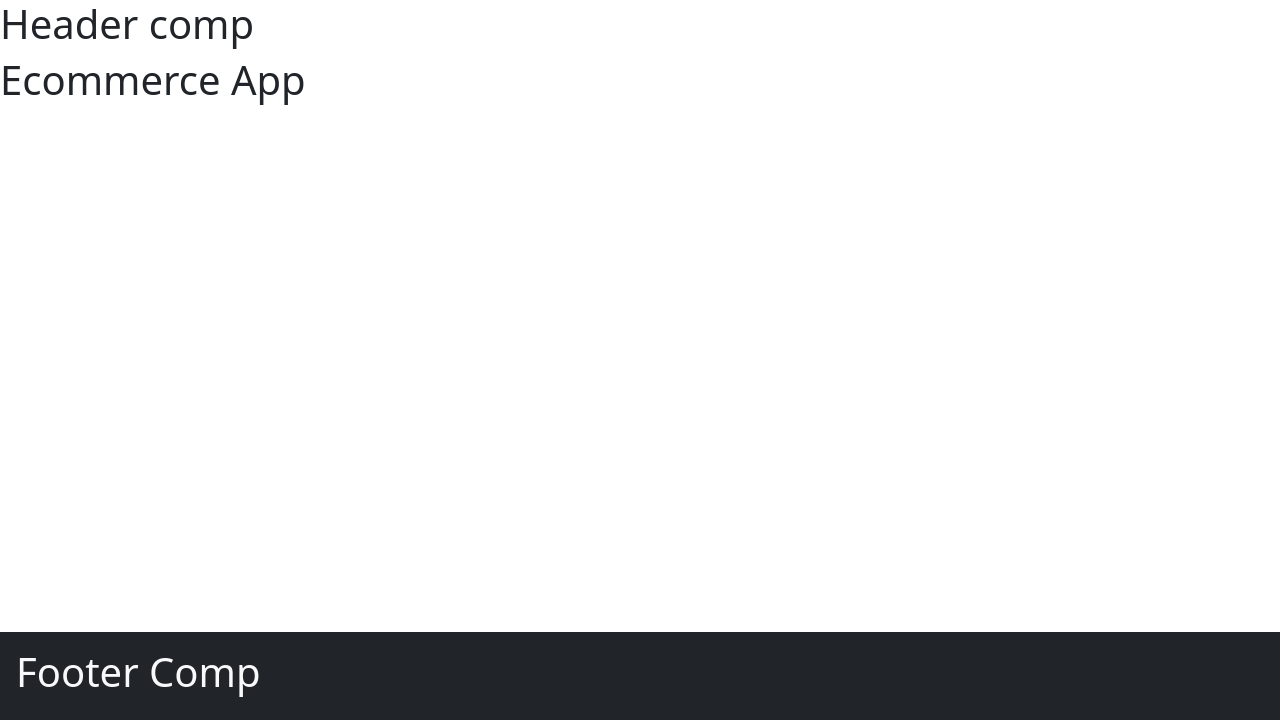
Repository: Abhi2359/SaleXpress
Page: / (app in client/)
These files come from the project's save history. The page is drawn as it stood at one moment and after the next save; the edit follows.
The browser window is 1280 px wide. The pictures show the whole page.
The project was rebuilt for these pictures with package versions that can differ from the ones it lists, and the page was loaded fresh each time. Also part of the build but not shown: client/vite.config.js, client/src/App.css.

Above is the page before, as saved 2023-05-08 18:21:19.

### client/index.html
<!DOCTYPE html>
<html lang="en">
  <head>
    <meta charset="UTF-8" />
    <link href="https://cdn.jsdelivr.net/npm/bootstrap@5.3.0-alpha3/dist/css/bootstrap.min.css" rel="stylesheet" integrity="sha384-KK94CHFLLe+nY2dmCWGMq91rCGa5gtU4mk92HdvYe+M/SXH301p5ILy+dN9+nJOZ" crossorigin="anonymous">
    <meta name="viewport" content="width=device-width, initial-scale=1.0" />
    <title>SaleXpress</title>
  </head>
  <body>
    <div id="root"></div>
    <script src="https://cdn.jsdelivr.net/npm/bootstrap@5.3.0-alpha3/dist/js/bootstrap.bundle.min.js" integrity="sha384-ENjdO4Dr2bkBIFxQpeoTz1HIcje39Wm4jDKdf19U8gI4ddQ3GYNS7NTKfAdVQSZe" crossorigin="anonymous"></script>
    <script type="module" src="/src/main.jsx"></script>
  </body>
</html>

### client/src/App.jsx
import { useState } from 'react'


import './App.css'
import Layout from './components/Layout/Layout'
function App() {

  return (
    <>
    <Layout>

     <h1>Ecommerce App</h1>
    </Layout>
    </>
  )
}

export default App

### client/src/index.css

@import url('https://fonts.googleapis.com/css2?family=Heebo:wght@600&family=Kumbh+Sans:wght@800&family=Playfair+Display:wght@700&family=Poppins:ital,wght@0,300;0,400;0,500;1,300;1,600&display=swap');


*{
    margin: 0;
    padding: 0;
    box-sizing: border-box;
}

/* font-family: 'Poppins', sans-serif; */
/* font-family: 'Playfair Display', serif; */

### client/src/components/Layout/Layout.jsx
import React from 'react'
import Header from './Header'
import Footer from './Footer'

const Layout = ({children}) => {
  return (
    <div>
        <Header/>
        <main style={{minHeight:"80vh"}}>

        {children}
        </main>
        <Footer/>
    </div>
  )
}

export default Layout

### client/src/components/Layout/Header.jsx
import React from 'react'

const Header = () => {
  return (
    <div>
        <h1>Header comp</h1>
    </div>
  )
}

export default Header

### client/src/components/Layout/Footer.jsx
import React from 'react'

const Footer = () => {
  return (
    <div className='bg-dark text-light p-3'>
        <h1 className='text-'>Footer Comp</h1>
    </div>
  )
}

export default Footer

Loaded but not shown: client/src/main.jsx (common file)

After the next save:
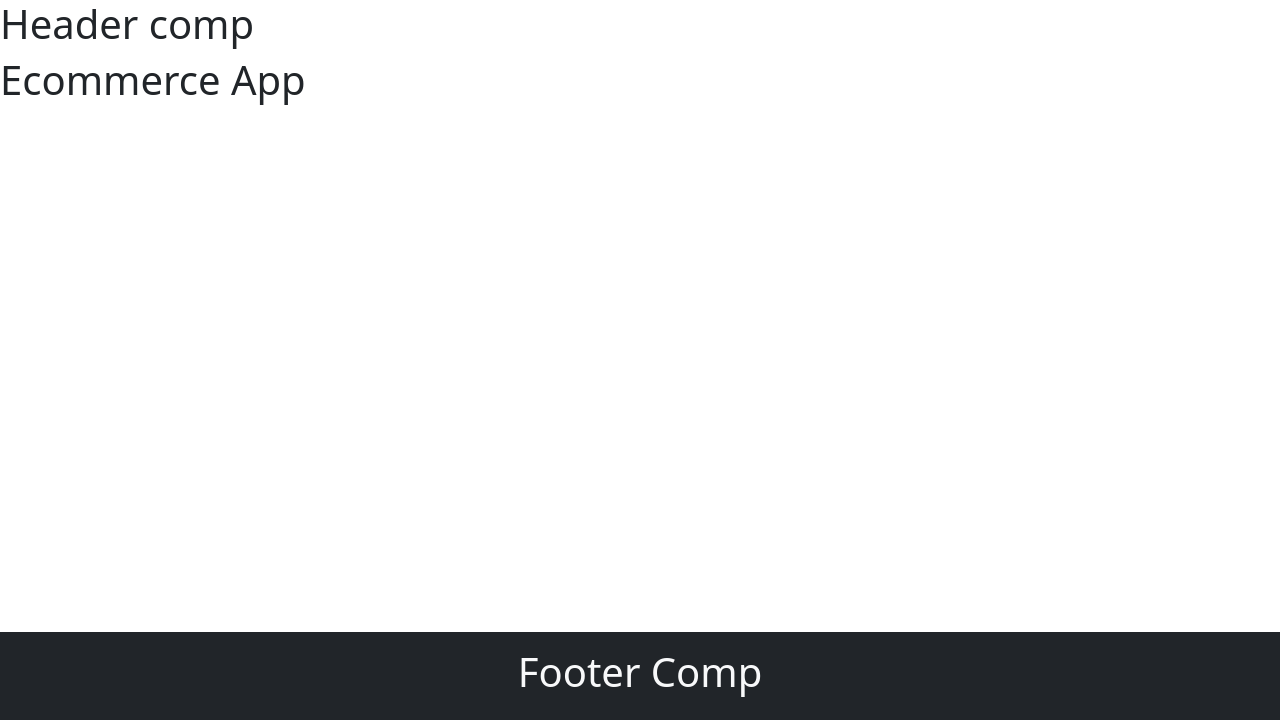
Saved 4 s later.
--- a/client/src/components/Layout/Footer.jsx
+++ b/client/src/components/Layout/Footer.jsx
@@ -3,7 +3,7 @@ import React from 'react'
 const Footer = () => {
   return (
     <div className='bg-dark text-light p-3'>
-        <h1 className='text-'>Footer Comp</h1>
+        <h1 className='text-center'>Footer Comp</h1>
     </div>
   )
 }
